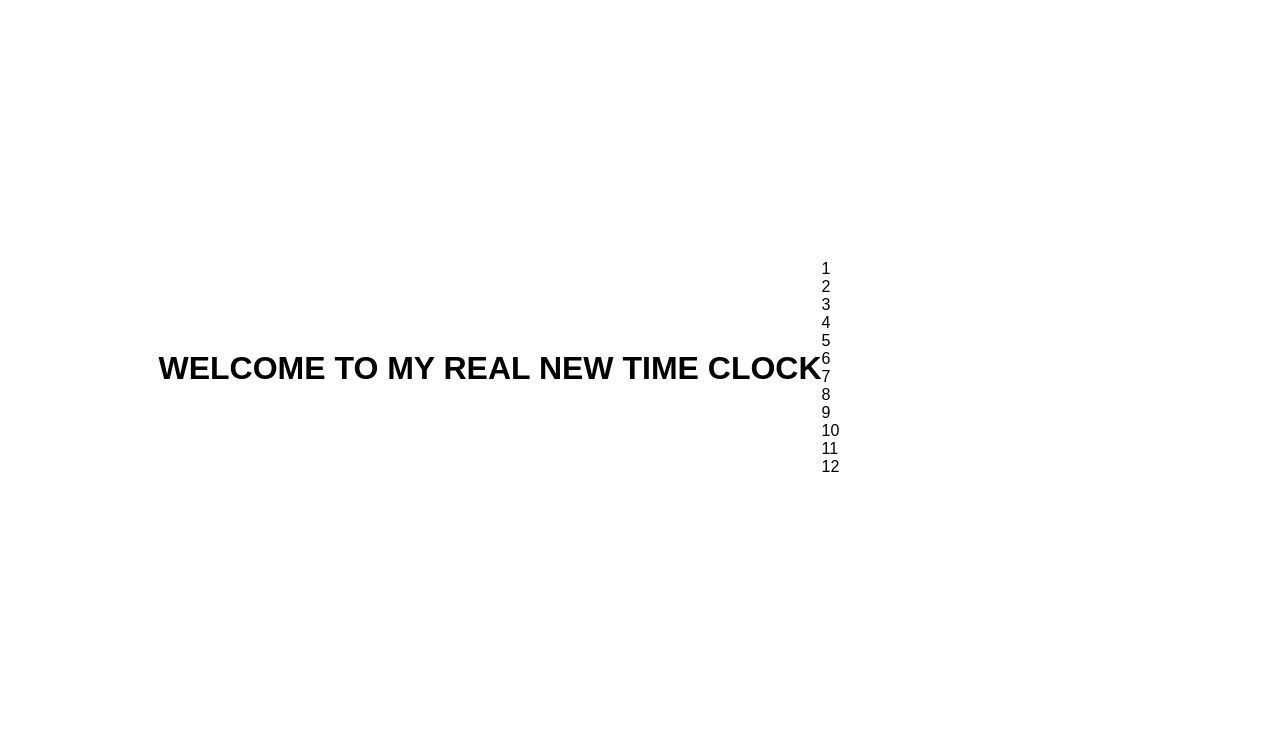
Repository: changkuothpur/create-my-watch
Page: watch.html
An editor plug-in stored every save of this project. The page is shown before and after the next save, followed by the edit.
The browser window is 1280 px wide. The pictures show the whole page.

Above is the page before, as saved 2024-04-25 13:45:35.
Console error: TypeError: Cannot read properties of null (reading 'style')

After the next save:
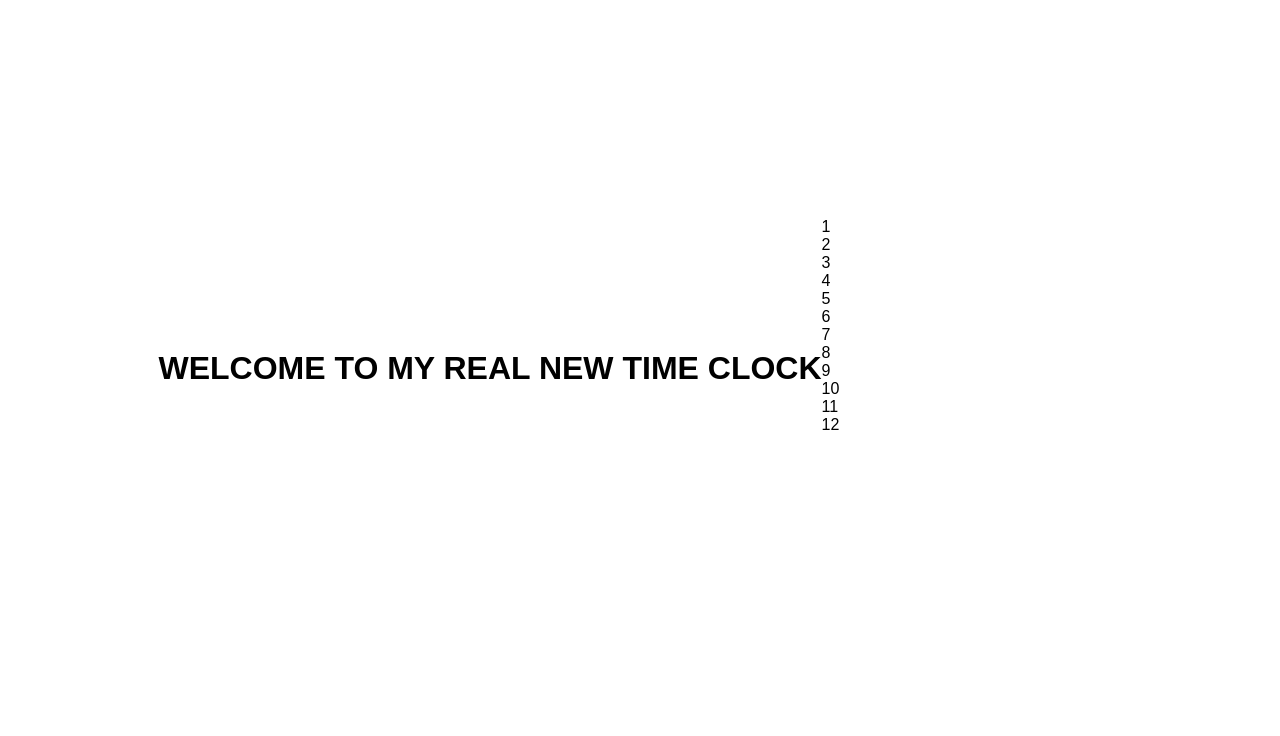
Saved 6 s later.
--- a/watch.css
+++ b/watch.css
@@ -13,5 +13,5 @@ body{
 }
 .clock{
     width: 300px;
-    height: 300p;
+    height: 300px;
 }
